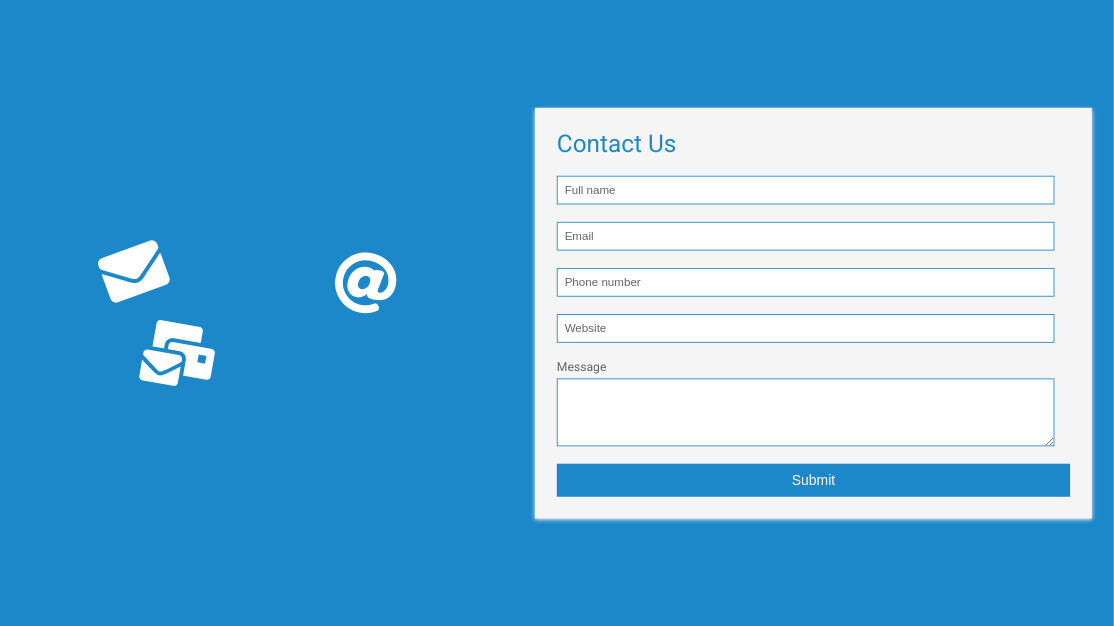
Repository: Meghanareddy1098/employee1
Page: http://localhost/employee-webApp/
These files come from the project's save history. The page is drawn as it stood at one moment and after the next save; the edit follows.
The browser window is 1280 px wide. The pictures show the whole page, at 87% of full size.
Some web libraries are served in a nearby version. The page is served by Tomcat 10. Other server files are loaded and not shown.

Above is the page before, as saved 2022-05-29 10:18:45.

### employee-webApp/src/main/webapp/index.jsp
<html>
  <head>
    <title>Contact form</title>
    <link rel="stylesheet" href="https://use.fontawesome.com/releases/v5.4.1/css/all.css" integrity="sha384-5sAR7xN1Nv6T6+dT2mhtzEpVJvfS3NScPQTrOxhwjIuvcA67KV2R5Jz6kr4abQsz" crossorigin="anonymous">
    <link href="https://fonts.googleapis.com/css?family=Roboto:300,400,500,700" rel="stylesheet">
    <style>
      html, body {
      min-height: 100%;
      padding: 0;
      margin: 0;
      font-family: Roboto, Arial, sans-serif;
      font-size: 14px;
      color: #666;
      }
      h1 {
      margin: 0 0 20px;
      font-weight: 400;
      color: #1c87c9;
      }
      p {
      margin: 0 0 5px;
      }
      .main-block {
      display: flex;
      flex-direction: column;
      justify-content: center;
      align-items: center;
      min-height: 100vh;
      background: #1c87c9;
      }
      form {
      padding: 25px;
      margin: 25px;
      box-shadow: 0 2px 5px #f5f5f5;
      background: #f5f5f5;
      }
      .fas {
      margin: 25px 10px 0;
      font-size: 72px;
      color: #fff;
      }
      .fa-envelope {
      transform: rotate(-20deg);
      }
      .fa-at , .fa-mail-bulk{
      transform: rotate(10deg);
      }
      input, textarea {
      width: calc(100% - 18px);
      padding: 8px;
      margin-bottom: 20px;
      border: 1px solid #1c87c9;
      outline: none;
      }
      input::placeholder {
      color: #666;
      }
      button {
      width: 100%;
      padding: 10px;
      border: none;
      background: #1c87c9;
      font-size: 16px;
      font-weight: 400;
      color: #fff;
      }
      button:hover {
      background: #2371a0;
      }
      @media (min-width: 568px) {
      .main-block {
      flex-direction: row;
      }
      .left-part, form {
      width: 50%;
      }
      .fa-envelope {
      margin-top: 0;
      margin-left: 20%;
      }
      .fa-at {
      margin-top: -10%;
      margin-left: 65%;
      }
      .fa-mail-bulk {
      margin-top: 2%;
      margin-left: 28%;
      }
      }
    </style>
  </head>
  <body>
    <div class="main-block">
      <div class="left-part">
        <i class="fas fa-envelope"></i>
        <i class="fas fa-at"></i>
        <i class="fas fa-mail-bulk"></i>
      </div>
      <form action="/">
        <h1>Contact Us</h1>
        <div class="info">
          <input class="fname" type="text" name="name" placeholder="Full name">
          <input type="text" name="name" placeholder="Email">
          <input type="text" name="name" placeholder="Phone number">
          <input type="text" name="name" placeholder="Website">
        </div>
        <p>Message</p>
        <div>
          <textarea rows="4"></textarea>
        </div>
        <button type="submit" href="/">Submit</button>
      </form>
    </div>
  </body>
</html>

After the next save:
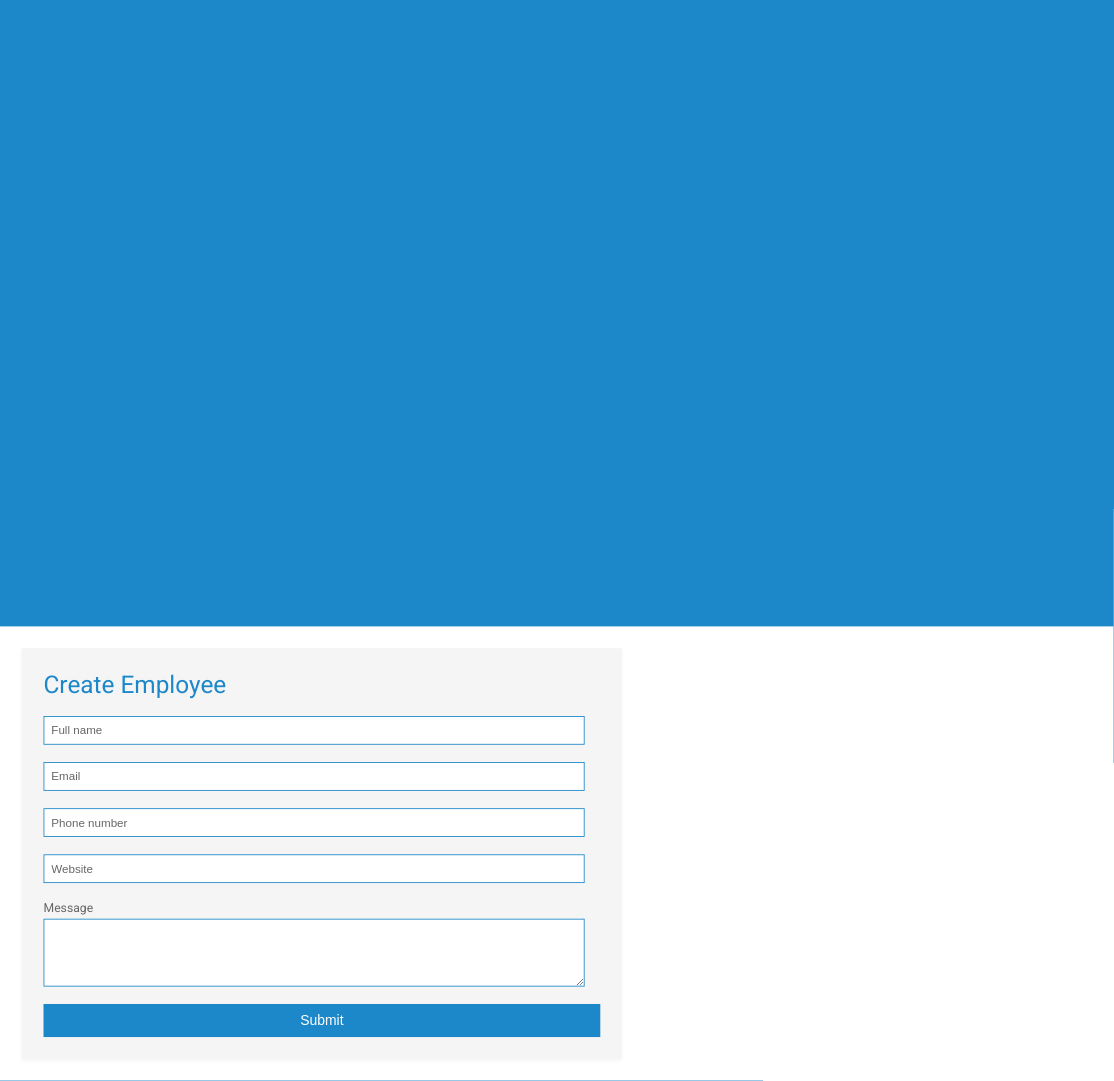
Saved 2 min 42 s later.
--- a/employee-webApp/src/main/webapp/index.jsp
+++ b/employee-webApp/src/main/webapp/index.jsp
@@ -91,13 +91,10 @@
   </head>
   <body>
     <div class="main-block">
-      <div class="left-part">
-        <i class="fas fa-envelope"></i>
-        <i class="fas fa-at"></i>
-        <i class="fas fa-mail-bulk"></i>
+
       </div>
       <form action="/">
-        <h1>Contact Us</h1>
+        <h1>Create Employee</h1>
         <div class="info">
           <input class="fname" type="text" name="name" placeholder="Full name">
           <input type="text" name="name" placeholder="Email">
